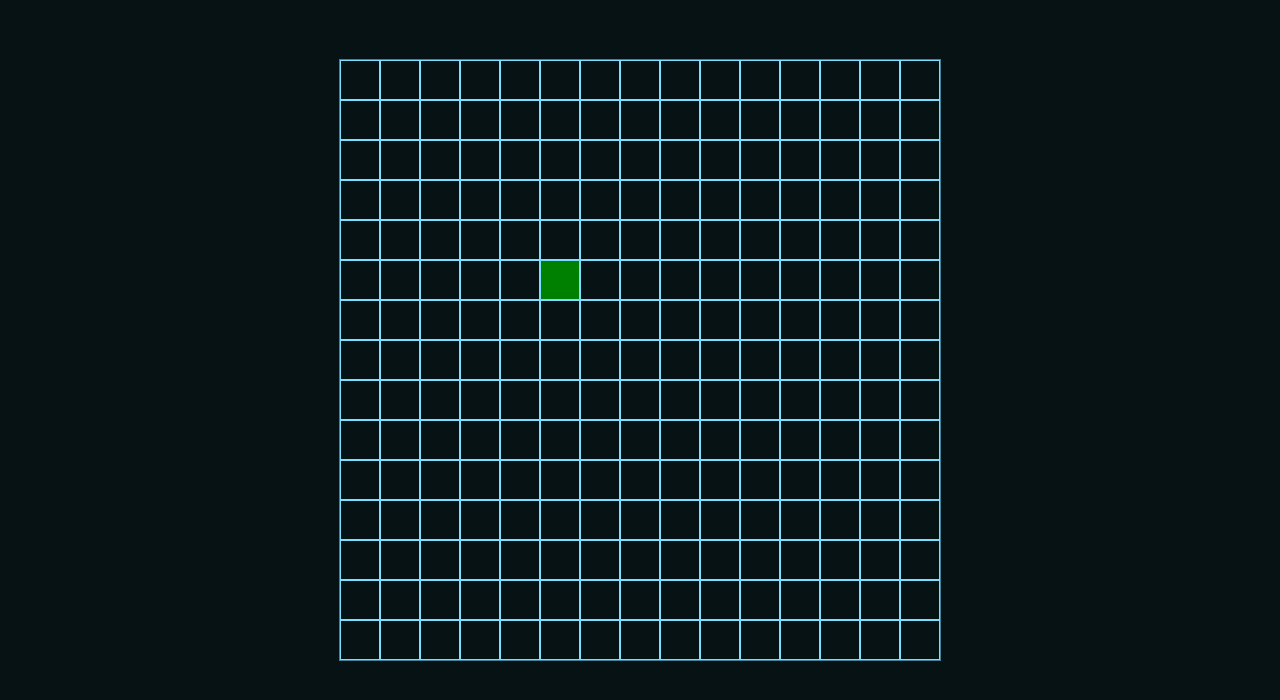
Repository: rehans-Life/linkedlist-snake-game
Page: /
An editor plug-in stored every save of this project. The page is shown before and after the next save, followed by the edit.
The browser window is 1280 px wide. The pictures show the whole page.
The project was rebuilt for these pictures with package versions that can differ from the ones it lists, and the page was loaded fresh each time. The framework's server and built-in components were replaced by stand-ins that run in the browser. Also part of the build but not shown: next.config.js.

Above is the page before, as saved 2023-04-15 12:55:17.

After the next save:
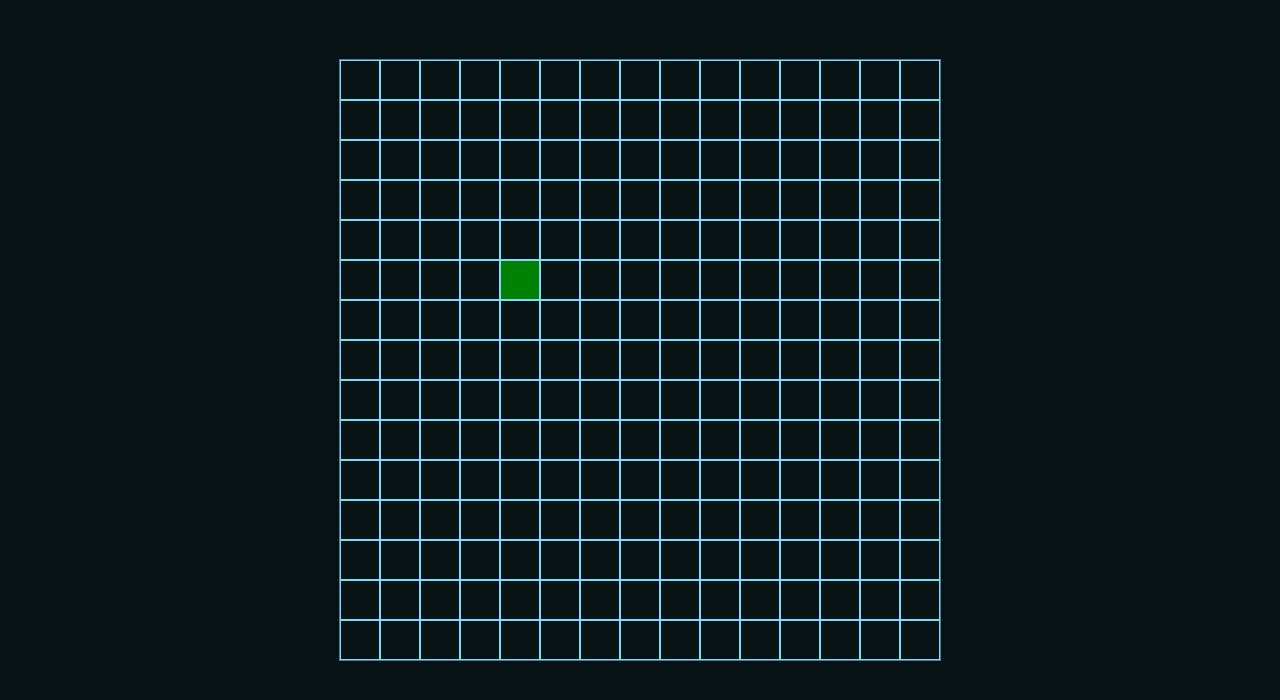
Saved 3 min 46 s later.
--- a/components/Board.jsx
+++ b/components/Board.jsx
@@ -34,7 +34,7 @@
 
   useEffect(() => {
     setInterval(() => {
-      moveSnake();
+      console.log([...snakeCells]);
     }, 1000);
   }, []);
 

After the 6 saves that followed:
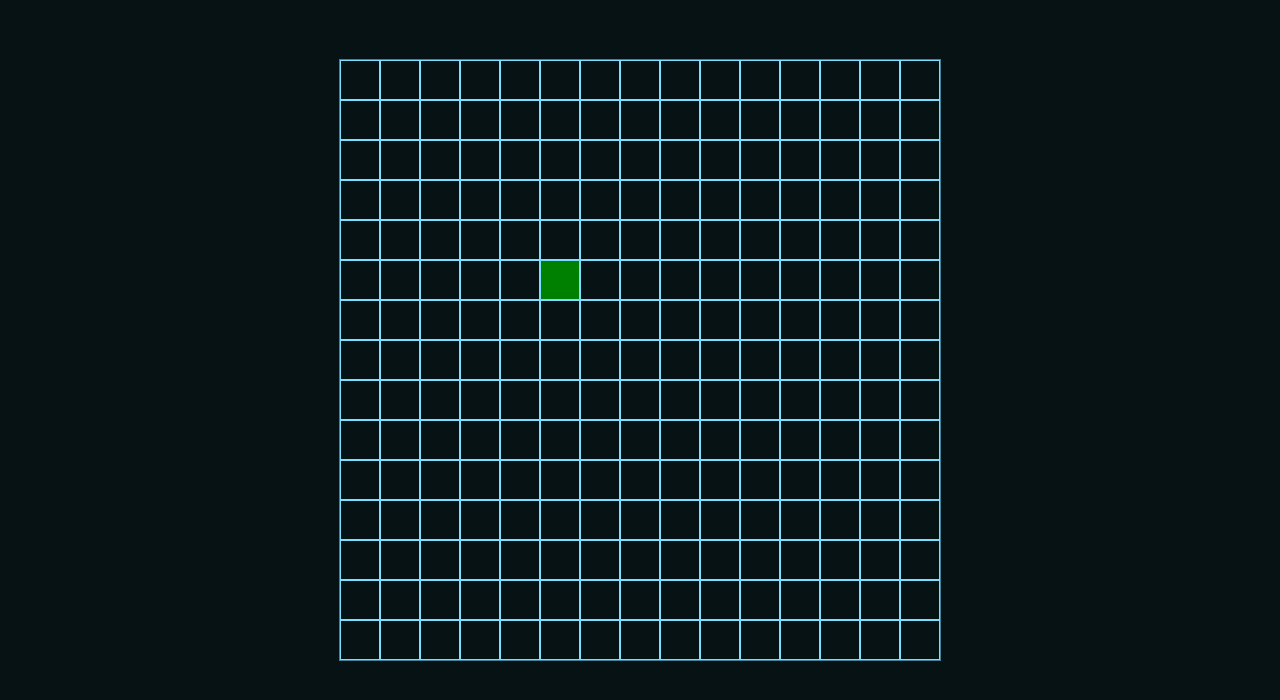
The 6 saves are shown as one change because 5 left the picture as it was.
The last was saved 2 min 30 s later.
--- a/components/Board.jsx
+++ b/components/Board.jsx
@@ -34,7 +34,7 @@
 
   useEffect(() => {
     setInterval(() => {
-      console.log([...snakeCells]);
+      moveSnake();
     }, 1000);
   }, []);
 
